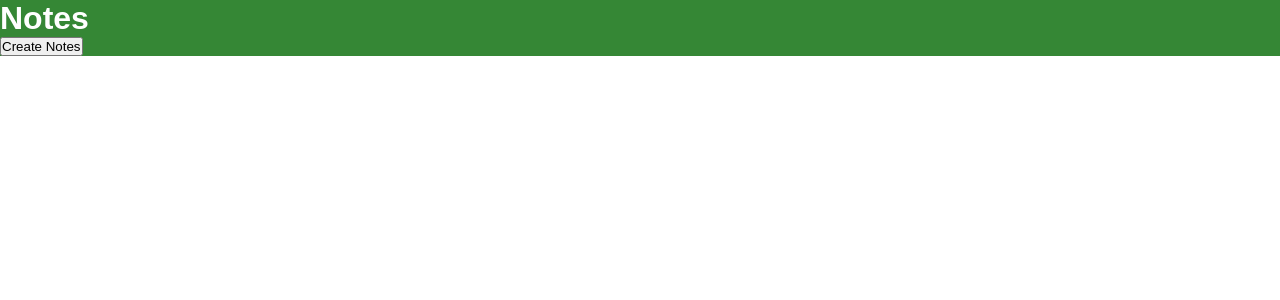
Repository: jadon1281/Imersion_Project
Page: Task2/Note_APP/index.html
These files come from the project's save history. The page is drawn as it stood at one moment and after a run of saves; the edit follows.
The browser window is 1280 px wide. The pictures show the whole page.

Above is the page before, as saved 2025-06-12 09:37:55.

### Task2/Note_APP/index.html
<!DOCTYPE html>
<html lang="en">
<head>
    <meta charset="UTF-8">
    <meta name="viewport" content="width=device-width, initial-scale=1.0">
    <title>Document</title>
    <link rel="stylesheet" href="./style.css">
</head>
<body>
    <div class="container">
        <h1>Notes</h1>
        <button>Create Notes</button>
    </div>

</body>
</html>

### Task2/Note_APP/style.css
*{
    margin: 0;
    padding: 0;
    font-family: 'Poppins',sans-serif;
    box-sizing: border-box;
}
.container{
    width: 100%;
    min-height: 100vth;
    background-color:rgb(53, 135, 53);
    color: #fff;
}

After the next 7 saves:
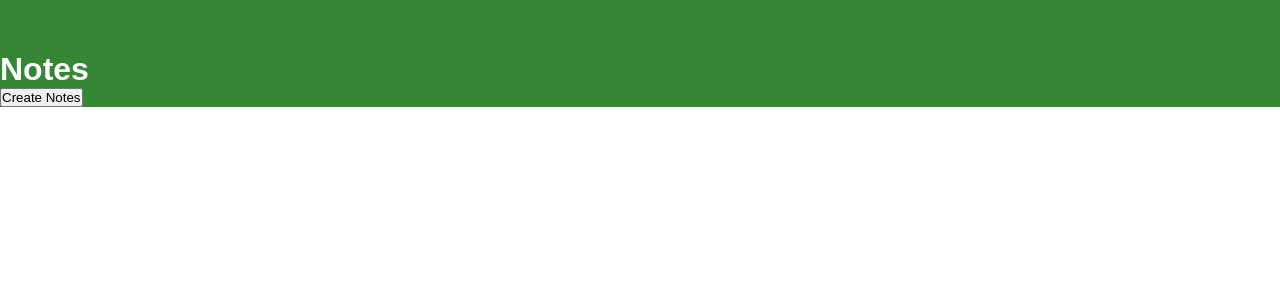
The 7 saves are shown as one change because they came seconds apart.
The last was saved 26 s later.
--- a/Task2/Note_APP/style.css
+++ b/Task2/Note_APP/style.css
@@ -9,4 +9,6 @@
     min-height: 100vth;
     background-color:rgb(53, 135, 53);
     color: #fff;
+    padding-top: 4%;
+    padd
 }
